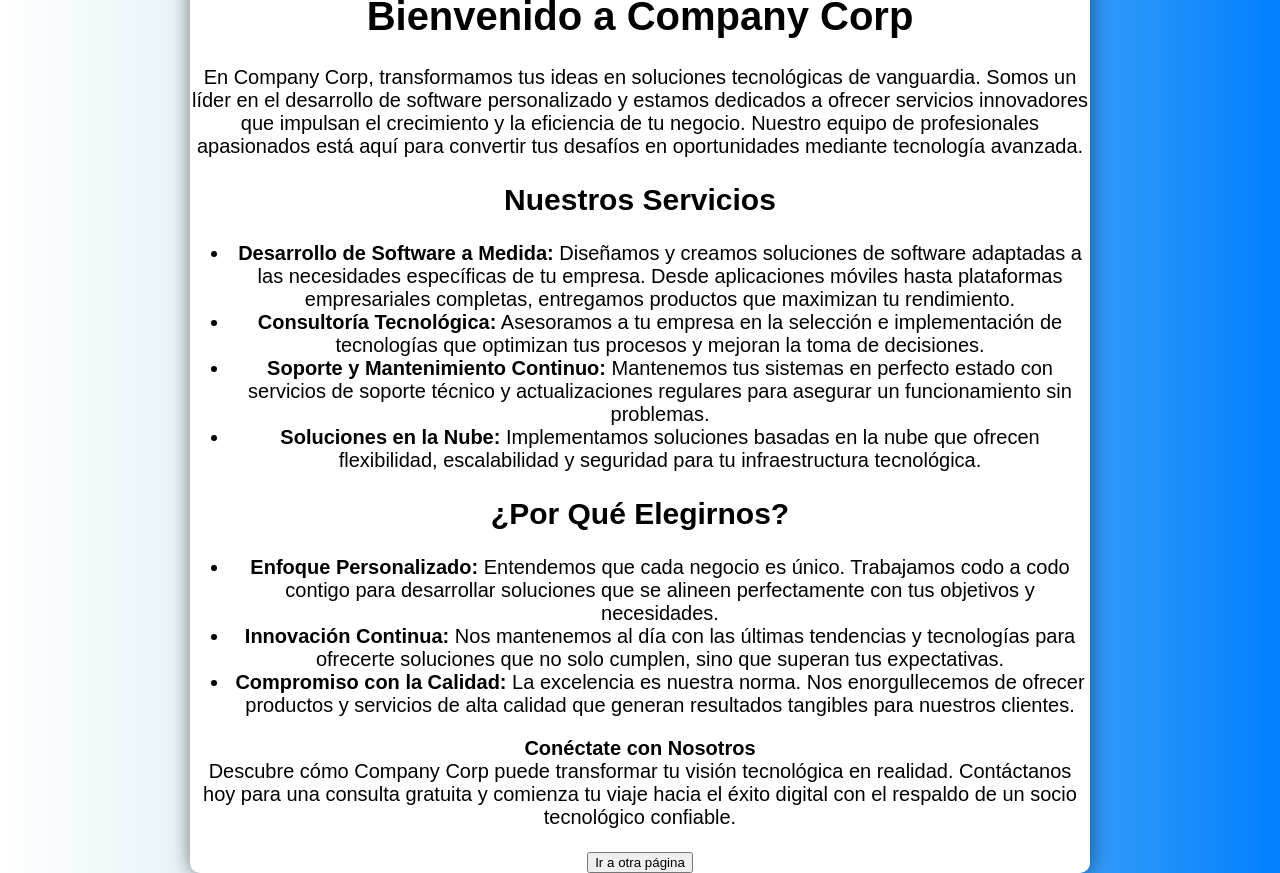
Repository: ANGELEDU141/TAREAWEBEWJASJDASJ
Page: http://localhost/JAVAWEBTAREA/WEB-INF/views/definicion.jsp
An editor plug-in stored every save of this project. The page is shown before and after the next save, followed by the edit.
The browser window is 1280 px wide. The pictures show the whole page.
The page is served by Tomcat 9. Nobody is signed in. The template is opened directly, without the code that normally fills it, so the values that code supplies are empty.

Above is the page before, as saved 2024-09-01 10:45:59.

After the next save:
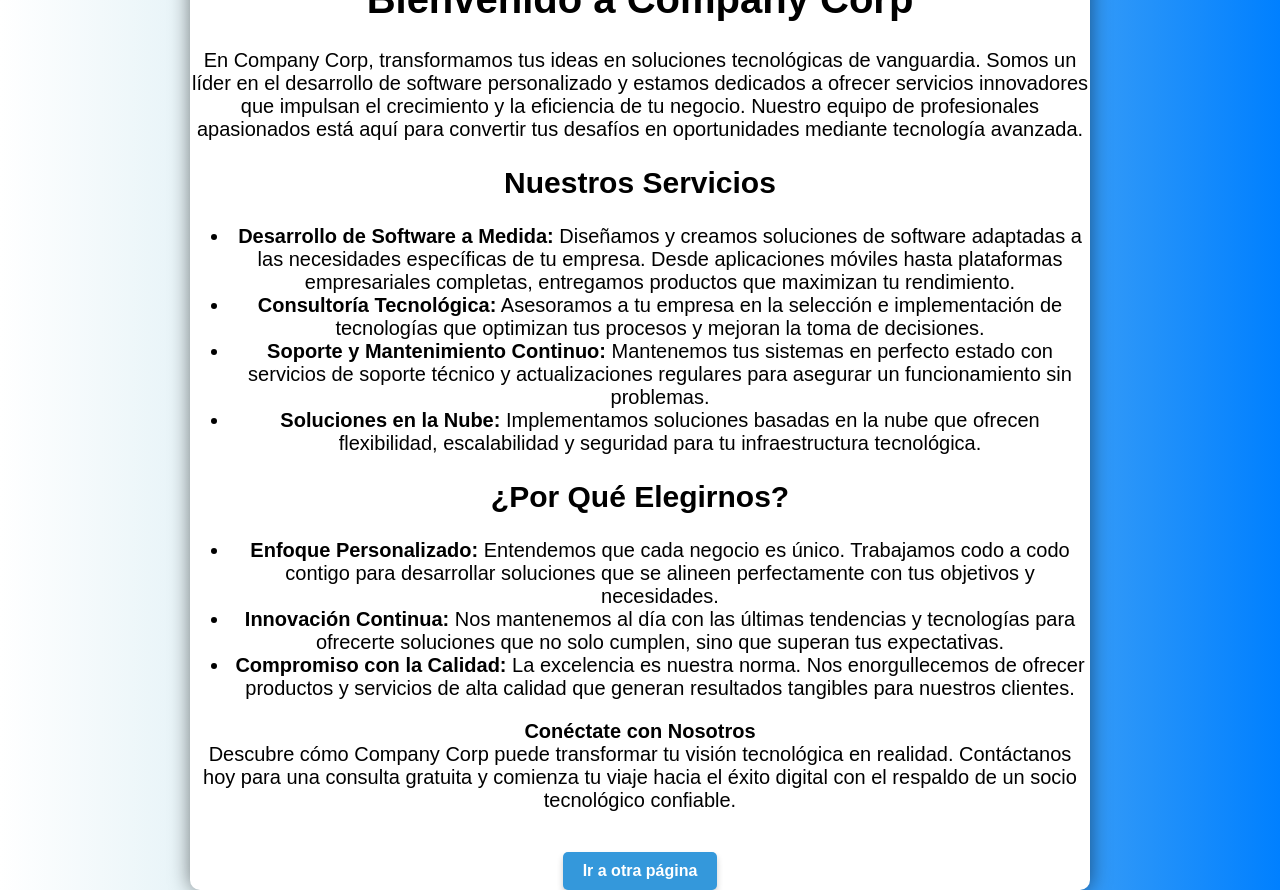
Saved 26 s later.
--- a/JAVAWEBTAREA/src/main/webapp/WEB-INF/views/definicion.jsp
+++ b/JAVAWEBTAREA/src/main/webapp/WEB-INF/views/definicion.jsp
@@ -8,6 +8,20 @@
 <link rel="icon" href="https://static.vecteezy.com/system/resources/previews/008/214/517/non_2x/abstract-geometric-logo-or-infinity-line-logo-for-your-company-free-vector.jpg">
 </head>
 <style>
+
+		button{
+   			margin-top: 20px;
+   			padding: 10px 20px;
+            font-size: 16px;
+            font-weight: bold;
+            color: white;
+            background-color: #3498db; /* Color de fondo azul */
+            border: none;
+            border-radius: 5px; /* Bordes redondeados */
+            box-shadow: 0 4px 6px rgba(0, 0, 0, 0.2); /* Sombra sutil */
+            cursor: pointer;
+
+   		}
 
         body {
         margin: 0;
